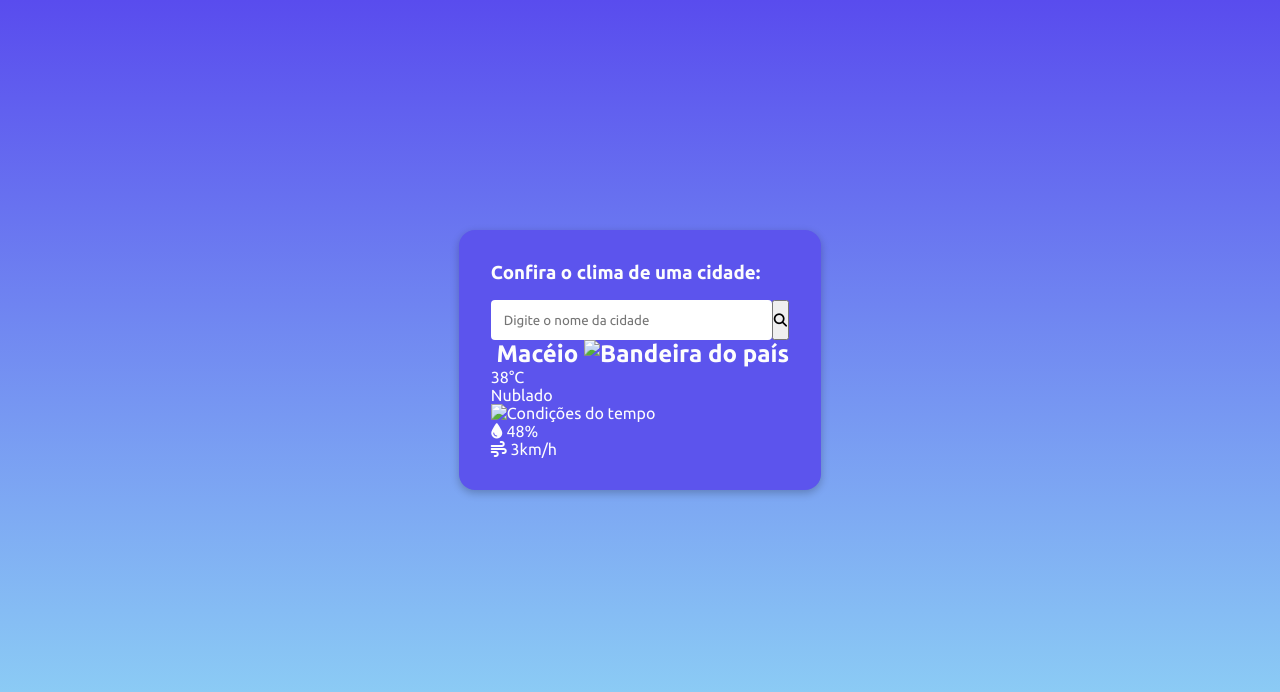
Repository: willamesalmeida/Clima
Page: index.html
These files come from the project's save history. The page is drawn as it stood at one moment and after the next save; the edit follows.
The browser window is 1280 px wide. The pictures show the whole page.

Above is the page before, as saved 2022-09-19 16:18:15.

### index.html
<!DOCTYPE html>
<html lang="en">
  <head>
    <meta charset="UTF-8" />
    <meta http-equiv="X-UA-Compatible" content="IE=edge" />
    <meta name="viewport" content="width=device-width, initial-scale=1.0" />
    <title>Clima</title>
    <link rel="stylesheet" href="css/styles.css" />
    <!-- Google Fonts -->
    <link rel="preconnect" href="https://fonts.googleapis.com" />
    <link rel="preconnect" href="https://fonts.gstatic.com" crossorigin />
    <link
      href="https://fonts.googleapis.com/css2?family=Roboto+Flex:opsz,wght@8..144,400;8..144,500&family=Roboto:ital,wght@0,100;0,300;0,400;0,500;0,700;0,900;1,100;1,300;1,400;1,500;1,700;1,900&family=Ubuntu:ital,wght@0,300;0,400;0,500;0,700;1,300;1,400;1,500;1,700&display=swap"
      rel="stylesheet"
    />
    <!-- Font Awesome -->
    <link
      rel="stylesheet"
      href="https://cdnjs.cloudflare.com/ajax/libs/font-awesome/6.2.0/css/all.min.css"
      integrity="sha512-xh6O/CkQoPOWDdYTDqeRdPCVd1SpvCA9XXcUnZS2FmJNp1coAFzvtCN9BmamE+4aHK8yyUHUSCcJHgXloTyT2A=="
      crossorigin="anonymous"
      referrerpolicy="no-referrer"
    />

    <script src="js/script.js"></script>
  </head>
  <body>
    <div class="container">
      <div class="form">
        <h3>Confira o clima de uma cidade:</h3>
        <div class="form-input-container">
          <input
            type="text"
            placeholder="Digite o nome da cidade"
            id="city-input"
          />
          <button id="search">
            <i class="fa-solid fa-magnifying-glass"></i>
          </button>
        </div>
      </div>
      <div id="weather-data">
        <h2>
            <i class="fa-solid fa.location-dot"></i>
            <span id="city"> Macéio</span>
            <img src="" alt="Bandeira do país" id="country"/>
        </h2>
        <p id="temperature"><span>38</span>&deg;C</p>
        <div id="description-container">
            <p id="descrition">Nublado</p>
            <img src="" alt="Condições do tempo" id="weather-icon">
        </div>
        <div id="datails-container">
            <p id="umidity">
                <i class="fa-solid fa-droplet"></i>
                <span>48%</span>
            </p>
            <p id="wind">
                <i class="fa-solid fa-wind"></i>
                <span>3km/h</span>
            </p>
        </div>
      </div>
    </div>
  </body>
</html>

### css/styles.css
/* Geral */
*{
    padding: 0;
    margin: 0;
    font-family: "ubuntu", sans-serif;
}

body{
    background: linear-gradient(180deg, rgba(89,76,238,1)0%, #8dd0f5 100%);
    display: flex;
    justify-content: center;
    align-items: center;
    height: 100vh;
}
.hide{
    display: none;
}

.container{
    background-color: #5c54ed;
    box-shadow: rgba(0,0,0,0.24) 0px 3px 8px;
    padding: 2rem;
    color: #fdfdfd;
    border-radius: 1rem;
}

.form h3{
    margin-bottom: 1rem;
}
.form-input-container{
    display: flex;
}
.form input{
    padding: .8rem;
    border:none;
    flex: 1;
    border-radius: 4px;

}

### js/script.js
//chave da API
//f5efb8fb1dbd3febf146ae616cdf96b5

After the next save:
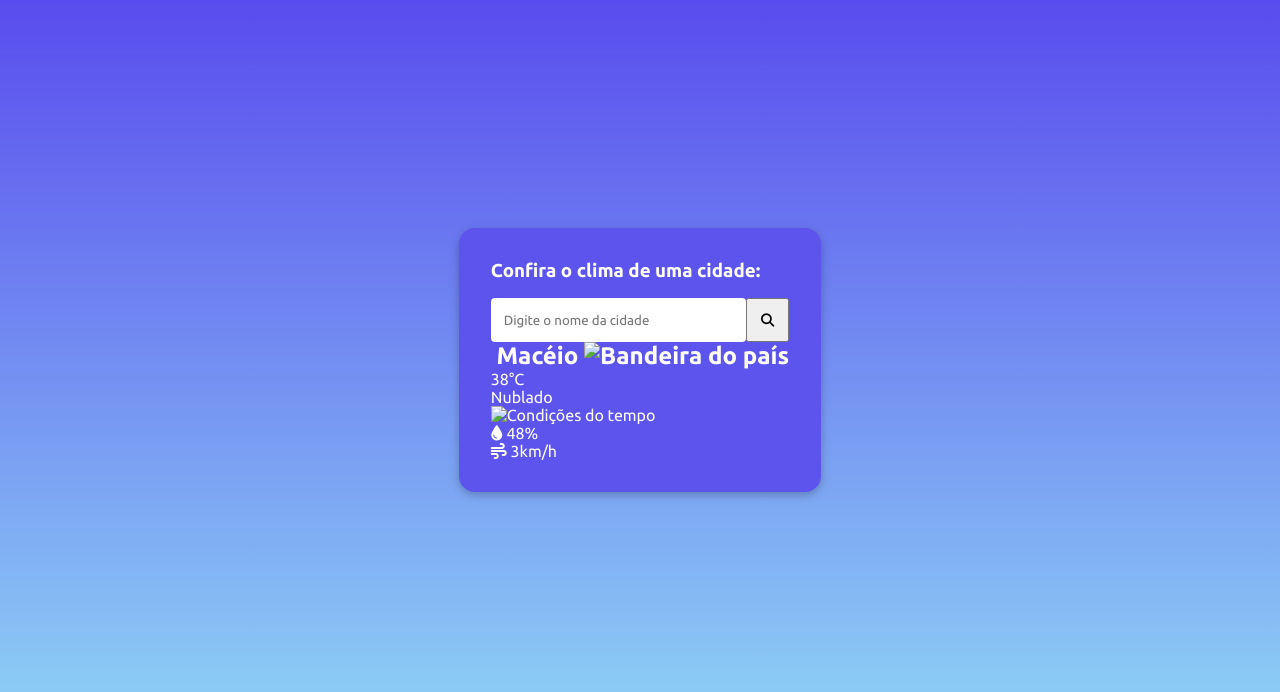
Saved 46 s later.
--- a/css/styles.css
+++ b/css/styles.css
@@ -31,9 +31,13 @@ body{
     display: flex;
 }
 .form input{
-    padding: .8rem;
+    padding: 0.8rem;
     border:none;
     flex: 1;
     border-radius: 4px;
 
 }
+
+.form button{
+    padding: 0.8rem;
+}
